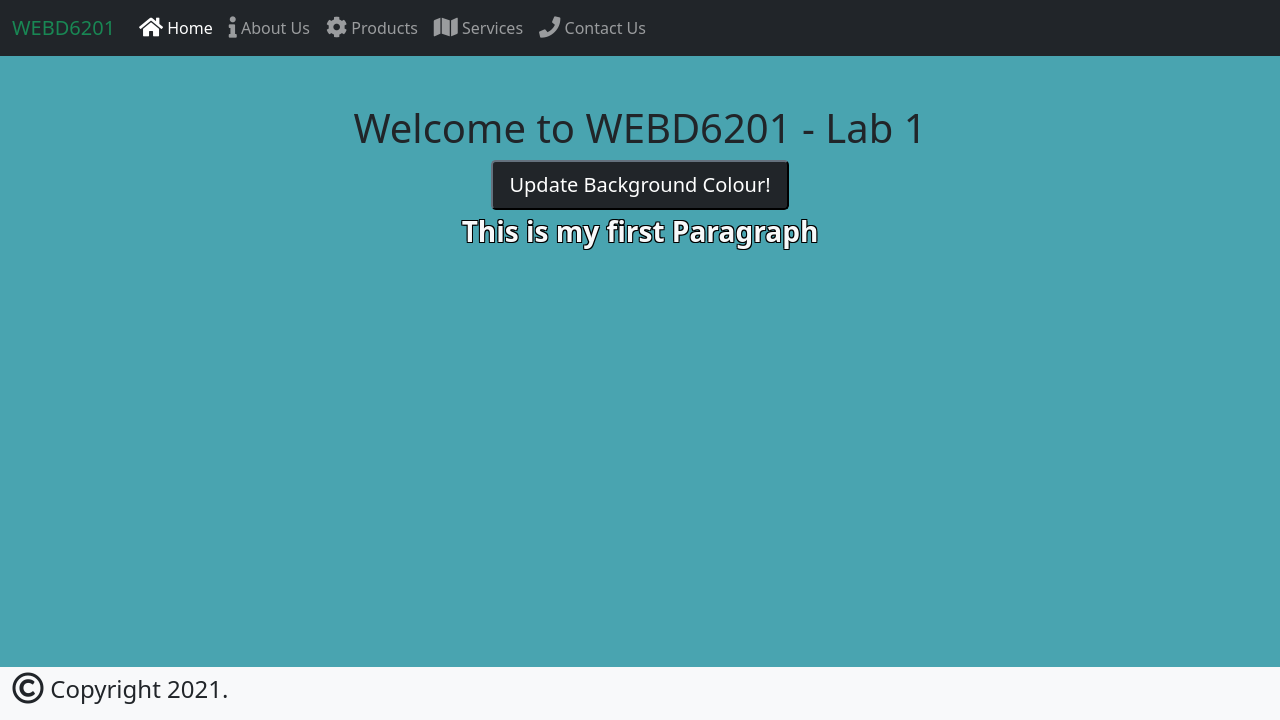
Repository: alto4/Lab-2-Nick-Scott-WEBD6201
Page: index.html
The author's editor kept a copy of each file at every save. The page is drawn from the files as they stood at one save, then again after the next save.
The browser window is 1280 px wide. The pictures show the whole page.

Above is the page before, as saved 2021-01-31 13:56:46.

After the next save:
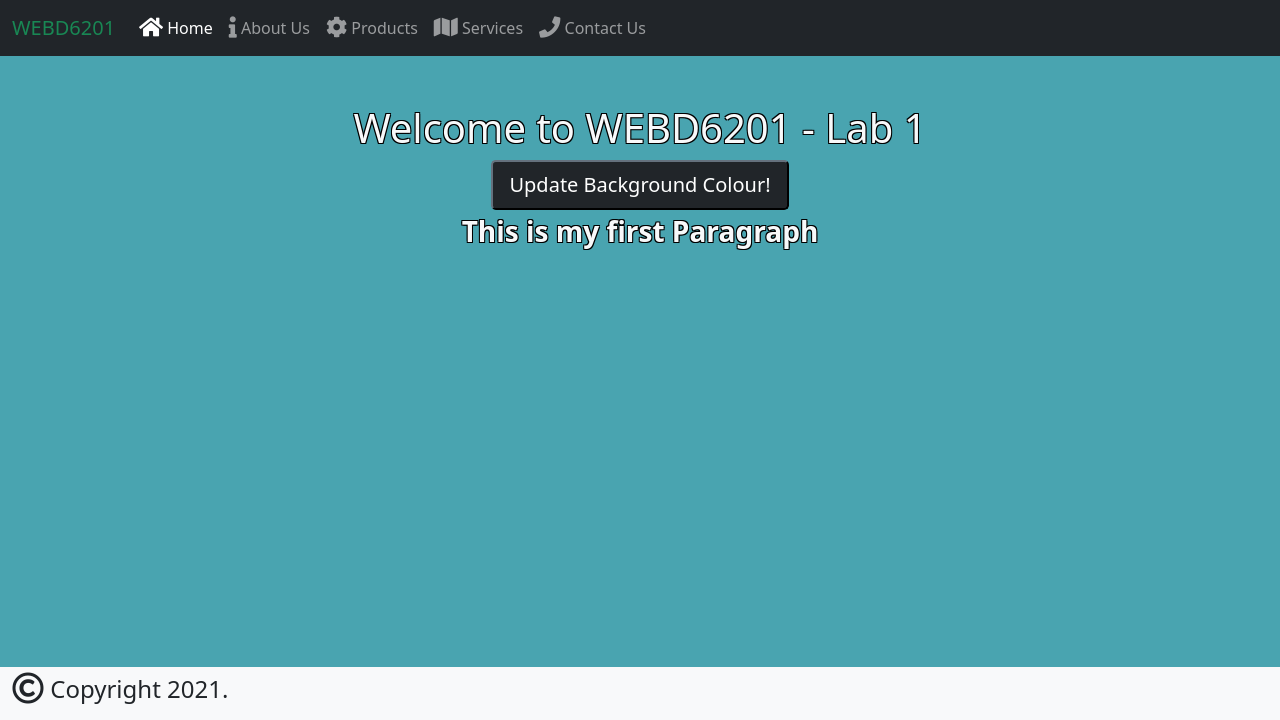
Saved 8 s later.
--- a/Scripts/app.js
+++ b/Scripts/app.js
@@ -75,7 +75,7 @@ let myContact =
         // update / modification
         //mainContent.firstElementChild.textContent = "Welcome Home!";
 
-        mainContent.innerHTML = `<h1 id="firstHeading" >Welcome to WEBD6201 - Lab 1</h1>
+        mainContent.innerHTML = `<h1 id="firstHeading" class="text-light outline">Welcome to WEBD6201 - Lab 1</h1>
         <button type="button" id="updateBackground" class="btn-lg btn-dark">Update Background Colour!</button>
          <p id="paragraphOne" class="fs-3 fw-bold text-light outline">This is my first Paragraph</p>
         `;
